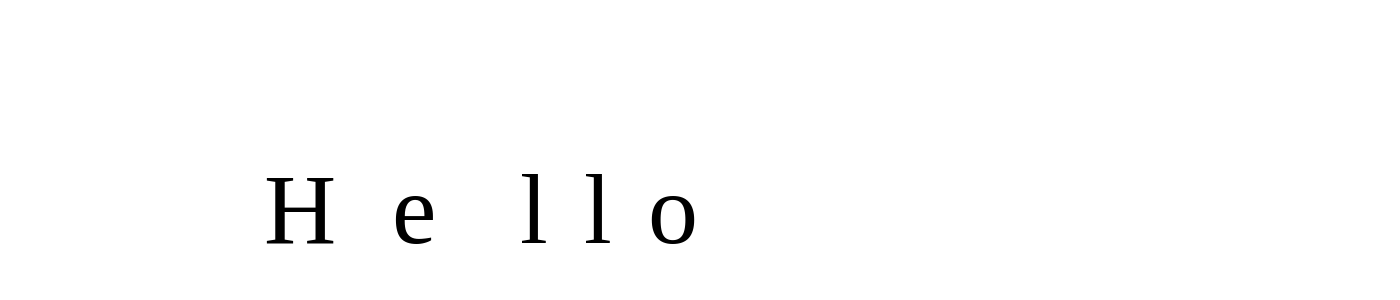
Repository: julihocc/javascript-interview-practice
Page: 01 HTML CSS/Exercise 75/index.html
An editor plug-in stored every save of this project. The page is shown before and after the next save, followed by the edit.
The browser window is 1280 px wide. The page is 1400 px wide, so the pictures cover 1400 px, including what lies to the right of the window. The pictures show the whole page.

Above is the page before, as saved 2022-09-30 00:24:44.

### 01 HTML CSS/Exercise 75/index.html

<!DOCTYPE html>
<!--[if lt IE 7]>      <html class="no-js lt-ie9 lt-ie8 lt-ie7"> <![endif]-->
<!--[if IE 7]>         <html class="no-js lt-ie9 lt-ie8"> <![endif]-->
<!--[if IE 8]>         <html class="no-js lt-ie9"> <![endif]-->
<!--[if gt IE 8]>      <html class="no-js"> <!--<![endif]-->
<html>
    <head>
        <meta charset="utf-8">
        <meta http-equiv="X-UA-Compatible" content="IE=edge">
        <title></title>
        <meta name="description" content="">
        <meta name="viewport" content="width=device-width, initial-scale=1">
        <link rel="stylesheet" href="./style.css">
    </head>
    <body>
        <div class="wrapper">
            <div class="letter" id="l1">H</div>
            <div class="letter" id="l2">e</div>
            <div class="letter" id="l3">l</div>
            <div class="letter" id="l4">l</div>
            <div class="letter" id="l5">o</div>
        </div>
        <script src="" async defer></script>
    </body>
</html>

### 01 HTML CSS/Exercise 75/style.css
.wrapper {
    position: relative;
    left: 10vw;
    /* font-size:  100px; */
}

.letter{
    position: absolute;
    font-size: 100px;
    top: 20vh;
}

.letter:hover {
    position: absolute;
    font-size: 300px;
    top: 5vh;
}

#l1, #l1:hover {
    left: 10vw;
}

#l2, #l2:hover {
    left: 20vw;
}

#l3, #l3:hover {
    left: 30vw;
}

#l4, #l4:hover {
    left: 35vw;
}

#l5, #l5:hover {
    left: 40vw;
}

After the next save:
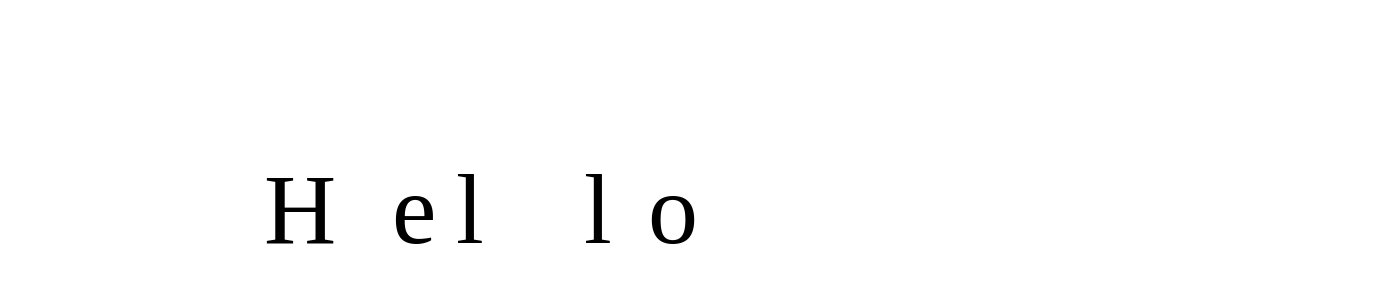
Saved 3 s later.
--- a/01 HTML CSS/Exercise 75/style.css
+++ b/01 HTML CSS/Exercise 75/style.css
@@ -25,7 +25,7 @@
 }
 
 #l3, #l3:hover {
-    left: 30vw;
+    left: 25vw;
 }
 
 #l4, #l4:hover {
